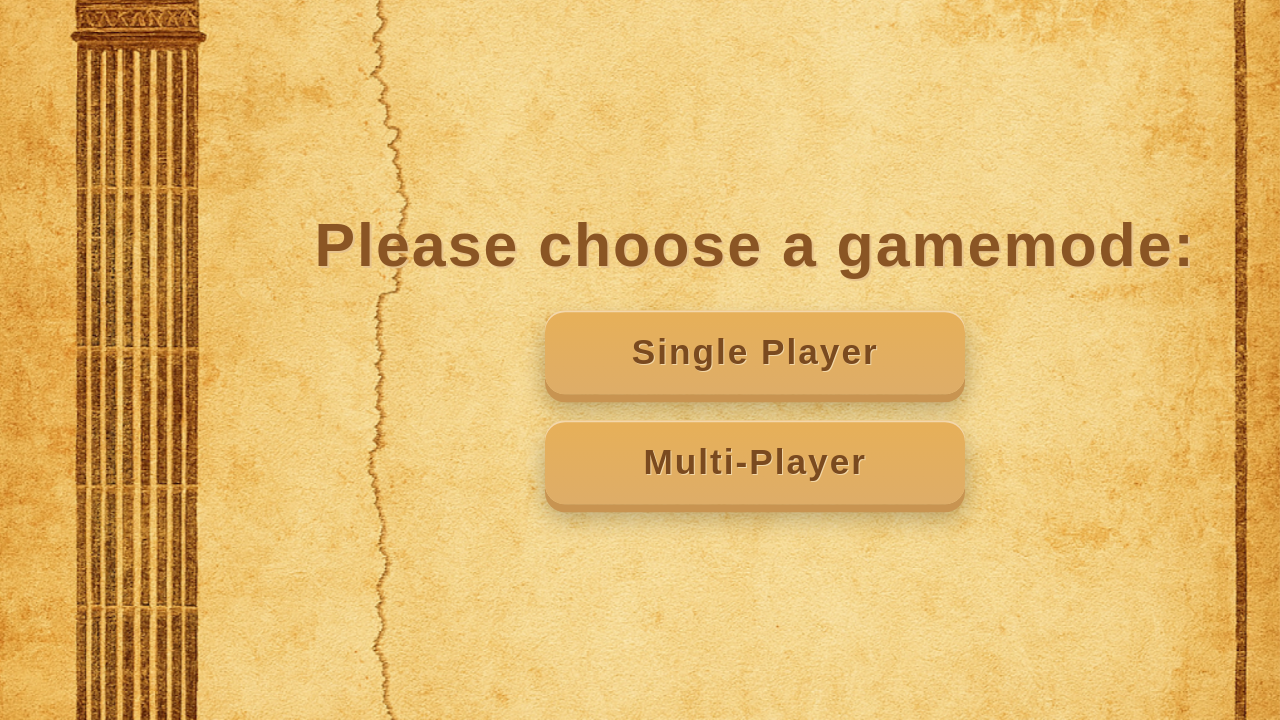
Repository: brianabariteau/Web-1-Final-Project-2025
Page: features/mode-selection/mode-selection.html
These files come from the project's save history. The page is drawn as it stood at one moment and after the next save; the edit follows.
The browser window is 1280 px wide. The pictures show the whole page.
Some web fonts or font styles are not loaded; a fallback is used.

Above is the page before, as saved 2025-12-21 22:15:46.

### features/mode-selection/mode-selection.html
<!DOCTYPE html>
<html>
  <head>
    <meta charset="utf-8" />
    <meta http-equiv="X-UA-Compatible" content="IE=edge" />
    <title>Mode Selection</title>
    <meta name="viewport" content="width=device-width, initial-scale=1" />
    <link
      rel="stylesheet"
      type="text/css"
      media="screen"
      href="mode-selection.css"
    />
    <script type="module" defer src="mode-selection.js"></script>
    <link rel="icon" type="image/x-icon" href="/assets/characters/zeus.png" />
    <script
      src="https://code.jquery.com/jquery-3.7.1.min.js"
      integrity="sha256-/JqT3SQfawRcv/BIHPThkBvs0OEvtFFmqPF/lYI/Cxo="
      crossorigin="anonymous"
    ></script>
    <link
      href="https://fonts.googleapis.com/css2?family=Jersey+25&display=swap"
      rel="stylesheet"
    />
  </head>
  <body></body>
</html>

### features/mode-selection/mode-selection.css
/* =========================
   RESET & BASE
========================= */
* {
  margin: 0;
  padding: 0;
  box-sizing: border-box;
}

body {
  height: 100vh;
  width: 100vw;
  overflow: hidden;

  font-family: "Cinzel", serif;
  background-color: #f4d8a3;

  display: flex;
  align-items: center;
  justify-content: center;
}

/* =========================
   BACKGROUND
========================= */
.background {
  position: fixed;
  inset: 0;
  width: 100%;
  height: 100%;
  object-fit: cover;
  z-index: -1;
}

/* =========================
   CONTENT GROUP
========================= */
.group {
  position: relative;

  /* Push away from the column */
  margin-left: clamp(80px, 18vw, 260px);

  display: flex;
  flex-direction: column;
  align-items: center;
  gap: 26px;

  text-align: center;
}

/* =========================
   TITLE
========================= */
.Title {
  font-size: 3.8rem;
  font-weight: 800;
  letter-spacing: 2px;
  font-family: "Jersey 25", sans-serif;

  color: #8a5524;
  margin-bottom: 10px;

  text-shadow: 2px 2px 0 #e6c28b, 0 0 10px rgba(255, 215, 150, 0.3);
}

/* =========================
   BUTTON BASE (shared)
========================= */
.single-player-button,
.multi-player-button {
  display: flex;
  align-items: center;
  justify-content: center;

  padding: 22px 46px;
  min-width: 420px;

  background: linear-gradient(to bottom, #e7b058, #dead68);

  border: none;
  border-radius: 20px;
  cursor: pointer;

  box-shadow: inset 0 2px 0 rgba(255, 255, 255, 0.5), 0 8px 0 #c89451,
    0 14px 25px rgba(0, 0, 0, 0.25);

  animation: floatButton 3.5s ease-in-out infinite;
  transition: transform 0.15s ease, box-shadow 0.15s ease, filter 0.15s ease;
}

/* =========================
   BUTTON TEXT
========================= */
.single-player-button p,
.multi-player-button p {
  font-size: 2.2rem;
  font-weight: 700;
  letter-spacing: 2px;
  font-family: "Jersey 25", sans-serif;

  color: #7a4a1f;
  text-shadow: 1px 1px 0 #f3d8a8;
}

/* =========================
   HOVER GLOW
========================= */
.single-player-button:hover,
.multi-player-button:hover {
  filter: brightness(1.05);
  box-shadow: inset 0 2px 0 rgba(255, 255, 255, 0.6), 0 8px 0 #c89a5f,
    0 0 20px rgba(255, 210, 130, 0.7), 0 0 45px rgba(255, 200, 100, 0.4);
}

/* =========================
   CLICK PRESS
========================= */
.single-player-button:active,
.multi-player-button:active {
  transform: translateY(6px);
  animation-play-state: paused;

  box-shadow: inset 0 2px 0 rgba(255, 255, 255, 0.4), 0 3px 0 #c89a5f;
}

/* =========================
   ANIMATIONS
========================= */
@keyframes floatButton {
  0%,
  100% {
    transform: translateY(0);
  }
  50% {
    transform: translateY(-6px);
  }
}

/* =========================
   RESPONSIVE SCALING
========================= */

/* Tablets */
@media (max-width: 1024px) {
  .Title {
    font-size: 3rem;
  }

  .single-player-button,
  .multi-player-button {
    min-width: 340px;
    padding: 18px 36px;
  }

  .single-player-button p,
  .multi-player-button p {
    font-size: 1.9rem;
  }
}

/* Phones */
@media (max-width: 600px) {
  .group {
    margin-left: 0; /* Column space gone */
  }

  .Title {
    font-size: 2.4rem;
  }

  .single-player-button,
  .multi-player-button {
    min-width: 260px;
    padding: 16px 26px;
  }

  .single-player-button p,
  .multi-player-button p {
    font-size: 1.6rem;
  }
}

### features/mode-selection/mode-selection.js
"use strict";

// * The Background Image
const background = $("<img>")
  .addClass("background")
  .attr("src", "../../assets/backgrounds/landing-page-background.png")
  .attr("alt", "Background");

// * Grouping
const grouping = $("<div>").addClass("group");

// * Title
const title = $("<h1>").addClass("Title").text("Please choose a gamemode: ");

// * Single Player Button
const singlePlayerButton = $("<button>").addClass("single-player-button");
const singlePlayerText = $("<p>").text("Single Player");

$(singlePlayerButton).on("click", () => {
  window.location.href =
    "./features/character-selection/character-selection.html";
});

$(singlePlayerButton).append(singlePlayerText);

// * Multi-Player Button
const multiPlayerButton = $("<button>").addClass("multi-player-button");
const multiPlayerText = $("<p>").text("Multi-Player");

$(multiPlayerButton).on("click", () => {
  window.location.href =
    "./features/character-selection/character-selection.html";
});

$(multiPlayerButton).append(multiPlayerText);

$(grouping).append(title, singlePlayerButton, multiPlayerButton);
$("body").append(background, grouping);

After the next save:
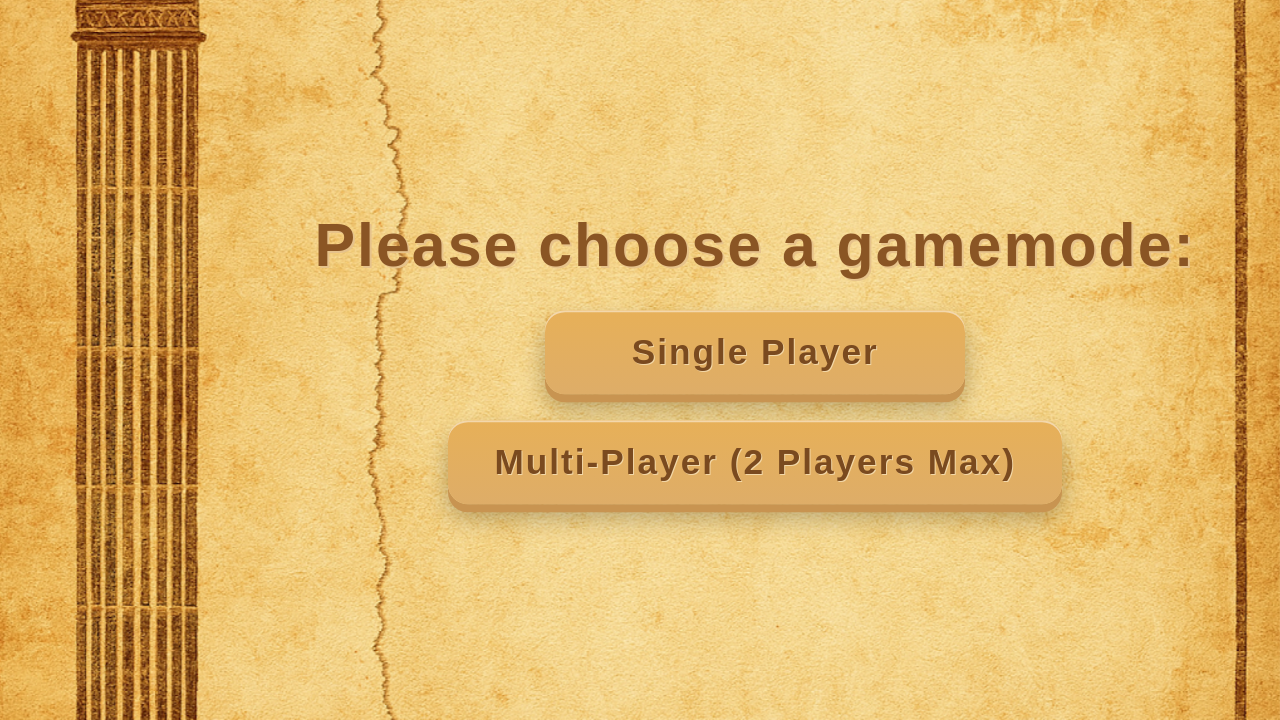
Saved 36 s later.
--- a/features/mode-selection/mode-selection.js
+++ b/features/mode-selection/mode-selection.js
@@ -25,7 +25,7 @@ $(singlePlayerButton).append(singlePlayerText);
 
 // * Multi-Player Button
 const multiPlayerButton = $("<button>").addClass("multi-player-button");
-const multiPlayerText = $("<p>").text("Multi-Player");
+const multiPlayerText = $("<p>").text("Multi-Player (2 Players Max)");
 
 $(multiPlayerButton).on("click", () => {
   window.location.href =
